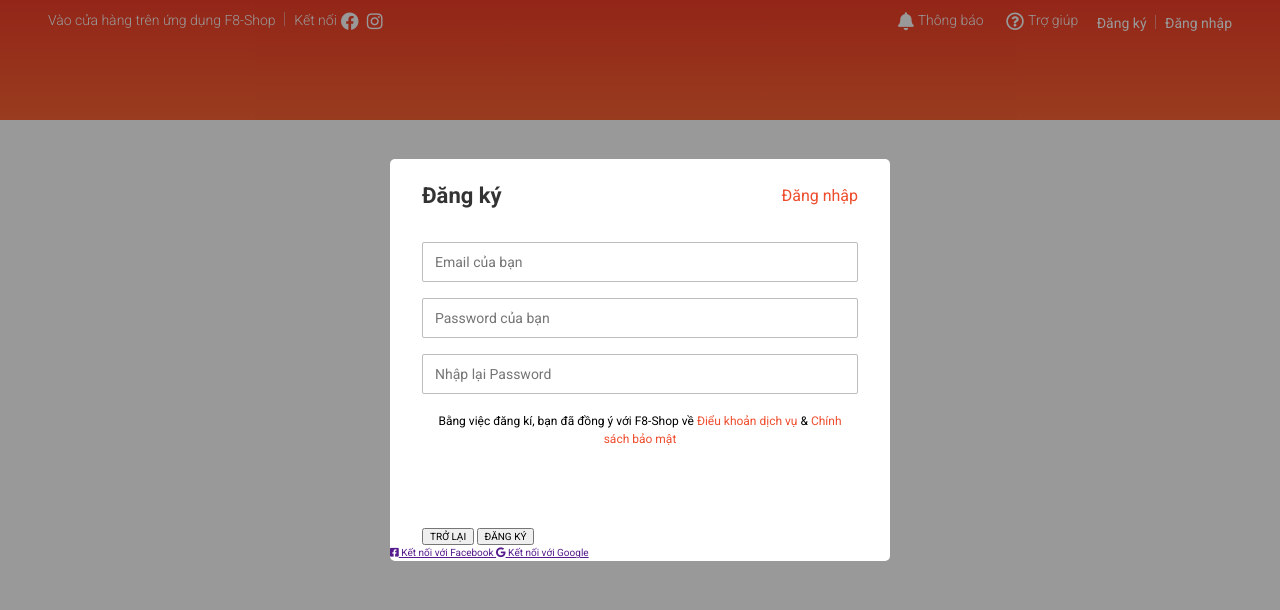
Repository: tvhoangit/tvhoangit.github.io
Page: Shoppe/index.html
These files come from the project's save history. The page is drawn as it stood at one moment and after the next save; the edit follows.
The browser window is 1280 px wide. The pictures show the whole page.

Above is the page before, as saved 2021-10-17 11:19:08.

### Shoppe/index.html
<!DOCTYPE html>
<html lang="en">
<head>
    <meta charset="UTF-8">
    <meta http-equiv="X-UA-Compatible" content="IE=edge">
    <meta name="viewport" content="width=device-width, initial-scale=1.0">
    <title>Document</title>
    <link rel="stylesheet" href="https://cdnjs.cloudflare.com/ajax/libs/normalize/8.0.1/normalize.min.css">
    <link rel="stylesheet" href="./assets/css/base.css">
    <link rel="stylesheet" href="./assets/css/main.css">
    <link rel="stylesheet" href="./assets/fonts/fontawesome-free-5.15.4-web/fontawesome-free-5.15.4-web/css/all.min.css">
    <link href="https://fonts.googleapis.com/css2?family=Open+Sans&family=Roboto:wght@300;400;500;700;900&display=swap" rel="stylesheet">
</head>
<body>

    <div class="app">
        <header class="header">
            <div class="grid">
                <nav class="header__navbar">
                    <ul class="header__navbar-list">
                        <li class="header__navbar-item header__navbar-item--qr header__navbar-item--separate">
                            Vào cửa hàng trên ứng dụng F8-Shop
                            <div class="header__qr">
                                <img src="./assets/img/QR.png" alt="QR code" class="header__qr-img">
                                <div class="header__qr-apps">
                                    <a href="" class="header__qr-link">
                                        <img src="./assets/img/gg_play.jpg" alt="GG Play" class="header__qr-dowload-img">
                                    </a>
                                    <a href="" class="header__qr-link">
                                        <img src="./assets/img/apstore.jpg" alt="ApStore" class="header__qr-dowload-img">
                                    </a>
                                </div>
                            </div>
                        </li>
                        <li class="header__navbar-item">
                            <span class="header__navbar-title--no-pointer">Kết nối</span>
                            <a href="" class="header__navbar-icon-link">
                                <i class="header__navbar--icon fab fa-facebook"></i>
                            </a>
                            <a href="" class="header__navbar-icon-link">
                                <i class="header__navbar--icon fab fa-instagram"></i>
                            </a>
                        </li>
                    </ul>

                    <ul class="header__navbar-list">
                        <li class="header__navbar-item header__navbar-item--has-notify">
                            <i class="header__navbar--icon fas fa-bell"></i>
                            <a href="" class="header__navbar-item-link">Thông báo</a>
                            <div class="header__notify">
                                <header class="header__notify--header">
                                    <h3>Thông báo mới nhận</h3>
                                </header>
                                <ul class="header__notify-list">
                                    <li class="header__notify-item header__notify-item--viewed">
                                        <a href="" class="header__notify-link">
                                            <span>
                                                <img src="./assets/img/myphamohui.png" alt="" class="header__notify-img">
                                            </span>
                                            <div class="header__notify-info">
                                                <span class="header__notify-name">Mỹ phẩm Ohui chính hãng</span>
                                                <span class="header__notify-description">Mô tả</span>
                                            </div>
                                        </a>
                                    </li>
                                    <li class="header__notify-item">
                                        <a href="" class="header__notify-link">
                                            <span>
                                                <img src="./assets/img/myphamohui.png" alt="" class="header__notify-img">
                                            </span>
                                            <div class="header__notify-info">
                                                <span class="header__notify-name">Mỹ phẩm Ohui chính hãng</span>
                                                <span class="header__notify-description">Mô tả</span>
                                            </div>
                                        </a>
                                    </li>
                                    <li class="header__notify-item">
                                        <a href="" class="header__notify-link">
                                            <span>
                                                <img src="./assets/img/myphamohui.png" alt="" class="header__notify-img">
                                            </span>
                                            <div class="header__notify-info">
                                                <span class="header__notify-name">Mỹ phẩm Ohui chính hãng</span>
                                                <span class="header__notify-description">Mô tả</span>
                                            </div>
                                        </a>
                                    </li>
                                </ul>
                                <div class="header__notify-footer">
                                    <a href="" class="header__notify-footer-btn">Xem tất cả</a>
                                </div>
                            </div>
                        </li>
                        <li class="header__navbar-item">
                            <i class="header__navbar--icon far fa-question-circle"></i>
                            <a href="" class="header__navbar-item-link">Trợ giúp</a>
                        </li>
                        <li class="header__navbar-item header__navbar-item--strong header__navbar-item--separate">Đăng ký</li>
                        <li class="header__navbar-item header__navbar-item--strong">Đăng nhập</li>
                    </ul>
                </nav>
            </div>
        </header>
    </div>
    <div class="container">


    </div>
    <div class="footer">

    </div>


    <!-- Form Đăng ký đăng nhập -->
    <div class="modal">
        <div class="modal__overlay">

        </div>
        <div class="modal__body">
                <!-- authen form -->
            <div class="auth-form">
                <div class="auth-form__container">
                    <div class="auth-form__header">
                        <h3 class="auth-form__heading">Đăng ký</h3>
                        <span class="auth-form__switch-btn">Đăng nhập</span>
                    </div>
                    <div class="auth-form__form">
                        <div class="auth-form__group">
                            <input type="text" class="auth-form__input" placeholder="Email của bạn">
                        </div>
                        <div class="auth-form__group">
                            <input type="password" class="auth-form__input" placeholder="Password của bạn">
                        </div>
                        <div class="auth-form__group">
                            <input type="password" class="auth-form__input" placeholder="Nhập lại Password">
                        </div>
                    </div>
                    <div class="auth-form__aside">
                        <p class="auth-form__policy-text">
                            Bằng việc đăng kí, bạn đã đồng ý với F8-Shop về
                            <a href="" class="auth-form__text-link">Điểu khoản dịch vụ </a>&
                            <a href="" class="auth-form__text-link">Chính sách bảo mật</a>
                        </p>
                    </div>
                    <div class="auth-form__controls">
                        <button class="btn">TRỞ LẠI</button>
                        <button class="btn btn--primary">ĐĂNG KÝ</button>
                    </div>
                </div>
                <div class="auth-form__socials">
                    <a href="" class="btn btn--width-icon">
                        <i class="fab fa-facebook-square"></i>
                        Kết nối với Facebook
                    </a>
                    <a href="" class="btn btn--width-icon">
                        <i class="fab fa-google"></i>
                        Kết nối với Google
                    </a>
                </div>
            </div>
        </div>
    </div>

</body>
</html>

### Shoppe/assets/css/base.css
:root{
    --primary-color: #EE4D2D;
    --white-color: #fff;
    --black-color: #000;
    --text-color: #333;
    --border-color: #bdbdbd;
}

*{
    box-sizing: inherit;
}

html{
    font-size: 62.5%;
    line-height: 1.6rem;
    font-family: 'Roboto', sans-serif;
    box-sizing: border-box;
}

.grid{
    width: 1200px;
    max-width: 100%;
    margin: 0 auto;
}

.grid__full-width{
    width: 100%;
}

.grid__row{
    display: flex;
    flex-wrap: wrap;
}

/* Animation */
@keyframes fadeIn {
    from {
        opacity: 0;
    }
    to {
        opacity: 1;
    }
}
/* Modal */
.modal {
    position: fixed;
    top: 0;
    right: 0;
    bottom: 0;
    left: 0;
    display: flex;
}
.modal__overlay {
    position: absolute;
    width: 100%;
    height: 100%;
    background-color: rgba(0, 0, 0, 0.4);
}
.modal__body {
    background-color: var(--white-color);
    margin: auto;
    position: relative;
    z-index: 1;
    border-radius: 5px;
}

### Shoppe/assets/css/main.css
.header {
    height: 120px;
    background-image: linear-gradient(0, #fe6433, #f53e28);
}
.header__navbar {
    display: flex;
    justify-content: space-between;
    padding-top: 8px;
}
.header__navbar-list {
    list-style: none;
    padding-left: 0;
    margin-top: 4px;
}
.header__navbar-item {
    display: inline-block;
    margin: 0 8px 0px 8px;
    position: relative;
    min-height: 26px;
}
.header__navbar-item--qr:hover .header__qr {
    display: block;
}
.header__navbar-item--has-notify:hover .header__notify {
    display: block;
}
.header__navbar-item,
.header__navbar-item-link {
    font-size: 1.4rem;
    color: var(--white-color);
    text-decoration: none;
    font-weight: 300;
}
.header__navbar-item:hover,
.header__navbar-icon-link:hover,
.header__navbar-item-link:hover {
    color: rgba(255, 255, 255, 0.7);
    cursor: pointer;
}
.header__navbar-item,
.header__navbar-item-link,
.header__navbar-icon-link{
    display: inline-flex;
    text-align: center;
}
.header__navbar-item--strong {
    font-weight: 400;
}
.header__navbar-item--separate::after {
    content: "";
    display: block;
    position: absolute;
    border-left: 1px solid #FB9086;
    height: 14px;
    right: -9px;
    top: 25%;
    transform: translateY(-50%);
}
.header__navbar-icon-link {
    color: var(--white-color);
    text-decoration: none;
}
.header__navbar--icon {
    font-size: 1.8rem;
    margin: 0 4px;
}
.header__navbar-title--no-pointer {
    cursor: text;
    color: var(--white-color);
}
.header__qr {
    width: 186px;
    background-color: var(--white-color);
    position: absolute;
    left: 0;
    top: 100%;
    padding: 8px;
    border-radius: 2px;
    display: none;
    animation: fadeIn ease 0.3s;
}
.header__qr-img {
    width: 100%;
}
.header__qr-apps {
    display: flex;
    justify-content: space-between;
}
.header__qr-link {
    margin: 0px 11px;
}
.header__qr-dowload-img {
    height: 15px;
}

/* Header notification */
.header__notify {
    position: absolute;
    top: 100%;
    width: 404px;
    right: 0;
    border: 1px solid #D3D3D3;
    background-color: var(--white-color);
    cursor: default;
    /* lấy tâm để dịch chuyển */
    transform-origin: calc(100% - 20px) top;
    animation: headerNotifyGrowth ease-in 0.2s;
    /* nói cho web biết thuộc tính gì sẽ thay đổi để tối ưu hơn */
    will-change: opacity, transform;
    display: none;
}
.header__notify::before {
    content: "";
    border-width: 20px 27px;
    border-style: solid;
    border-color: transparent transparent var(--white-color) transparent;
    position: absolute;
    right: 4px;
    top: -30px;
}
@keyframes headerNotifyGrowth {
    from {
        opacity: 0;
        transform: scale(0);
    }
    to {
        opacity: 1;
        transform: scale(1);
    }
}
.header__notify--header {
    height: 40px;
    background-color: var(--white-color);
    margin-top: -15px;
}
.header__notify--header h3 {
    color: #999;
    margin-right: 237px;
    font-weight: 400;
    font-size: 1.5rem;
    line-height: 40px;

}
.header__notify-list {
    padding-left: 0;
}
.header__notify-item {
    display: flex;
}
.header__notify-item:hover {
    background-color: #f7f7f7;
}
.header__notify-item--viewed {
    background-color: rgba(238,75,43,0.08);
}
.header__notify-link {
    display: flex;
    width: 100%;
    padding: 12px;
    text-decoration: none;
}
.header__notify-img {
    width: 48px;
}
.header__notify-info {
    margin-left: 12px;
}
.header__notify-name {
    display: block;
    font-size: 1.4rem;
    color: var(--text-color);
    font-weight: 400;
    line-height: 1.8rem;
}
.header__notify-description {
    display: block;
    font-size: 1.2rem;
    line-height: 1.6rem;
    color: #756F6E;
    text-align: left;
    margin-top: 4px;;
}
.header__notify-footer {
    height: 40px;
}
.header__notify-footer-btn {
    text-decoration: none;
    line-height: 40px;
    color: var(--text-color);
    padding: 8px 32px;
    font-weight: 400;
}

/* Authen modal */
.auth-form {
    width: 500px;
}
.auth-form__container {
    padding: 0 32px;
}
.auth-form__header {
    display: flex;
    align-items: center;
    justify-content: space-between;
    padding-top: 7px;
}
.auth-form__heading {
    font-size: 2.2rem;
    font: weight 400px;
    color: var(--text-color);
}
.auth-form__switch-btn {
    font-size: 1.6rem;
    color: var(--primary-color);
    font-weight: 400;
    cursor: pointer;
}
.auth-form__form {
}
.auth-form__input {
    width: 100%;
    height: 40px;
    margin-top: 16px;
    padding: 0 12px;
    font-size: 1.4rem;
    border: 1px solid var(--border-color);
    border-radius: 2px;
    outline: none;
}
.auth-form__input:focus {
    border-color: #888;
}
.auth-form__aside {
    margin-top: 18px;
}
.auth-form__policy-text {
    font-size: 1.2rem;
    line-height: 1.8rem;
    text-align: center;
    padding: 0 12px;
}
.auth-form__text-link {
    text-decoration: none;
    color: var(--primary-color);
}
.auth-form__controls {
    margin-top: 80px;
}

Loaded but not shown: Shoppe/assets/fonts/fontawesome-free-5.15.4-web/fontawesome-free-5.15.4-web/css/all.min.css (library)

After the next save:
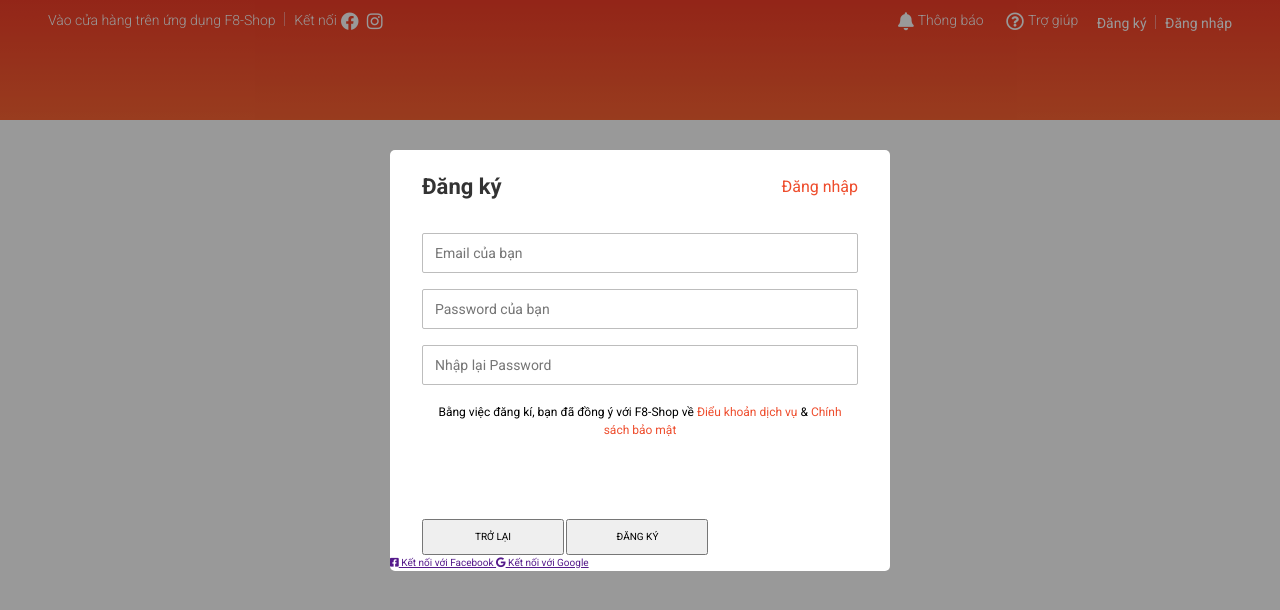
Saved 94 s later.
--- a/Shoppe/assets/css/base.css
+++ b/Shoppe/assets/css/base.css
@@ -63,3 +63,9 @@
     z-index: 1;
     border-radius: 5px;
 }
+
+/* button style */
+.btn {
+    min-width: 142px;
+    height: 36px;
+}
